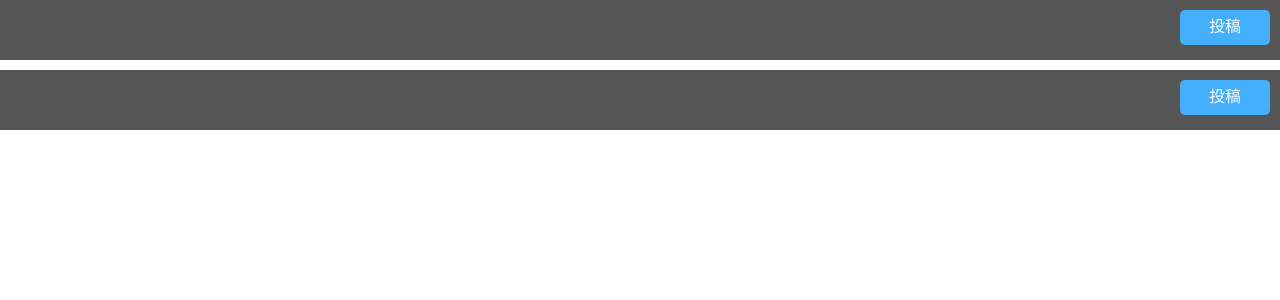
Repository: masaharu0090/yuibon_001
Page: http://localhost/html/index.php
An editor plug-in stored every save of this project. The page is shown before and after the next save, followed by the edit.
The browser window is 1280 px wide. The pictures show the whole page.
The page is run by PHP 8.4 with error messages shown; the project is at /var/www/html/. Queries for data that is not in the repository find no rows.

Above is the page before, as saved 2023-08-01 16:02:56.

After the next save:
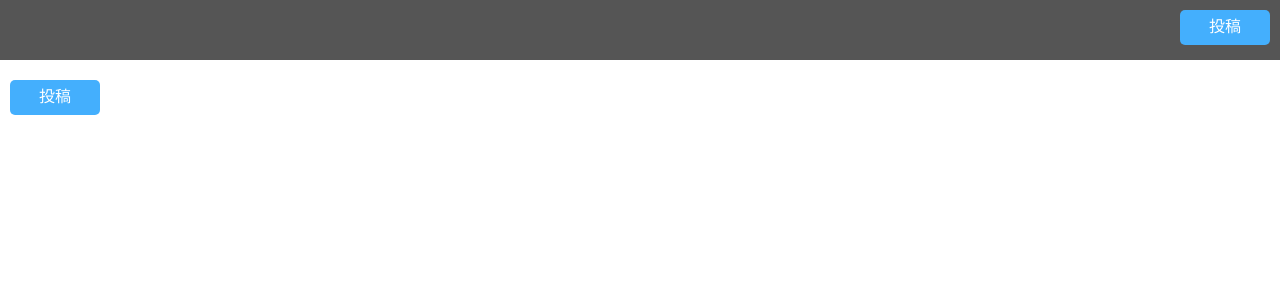
Saved 24 s later.
--- a/ImagePosting_08.04/html/index.php
+++ b/ImagePosting_08.04/html/index.php
@@ -16,7 +16,7 @@
       <a href="./imageDetail.php?id=<?php echo $image['id']; ?>"><img src="../images/<?php echo $image['file_name']; ?>" alt="投稿画像"></a>
     <?php }; ?>
 </div>
-<div class="header">
+<div>
     <button class="postImage" onclick="location.href='./postImageForm.php';">投稿</button>
   </div>
 </body>
